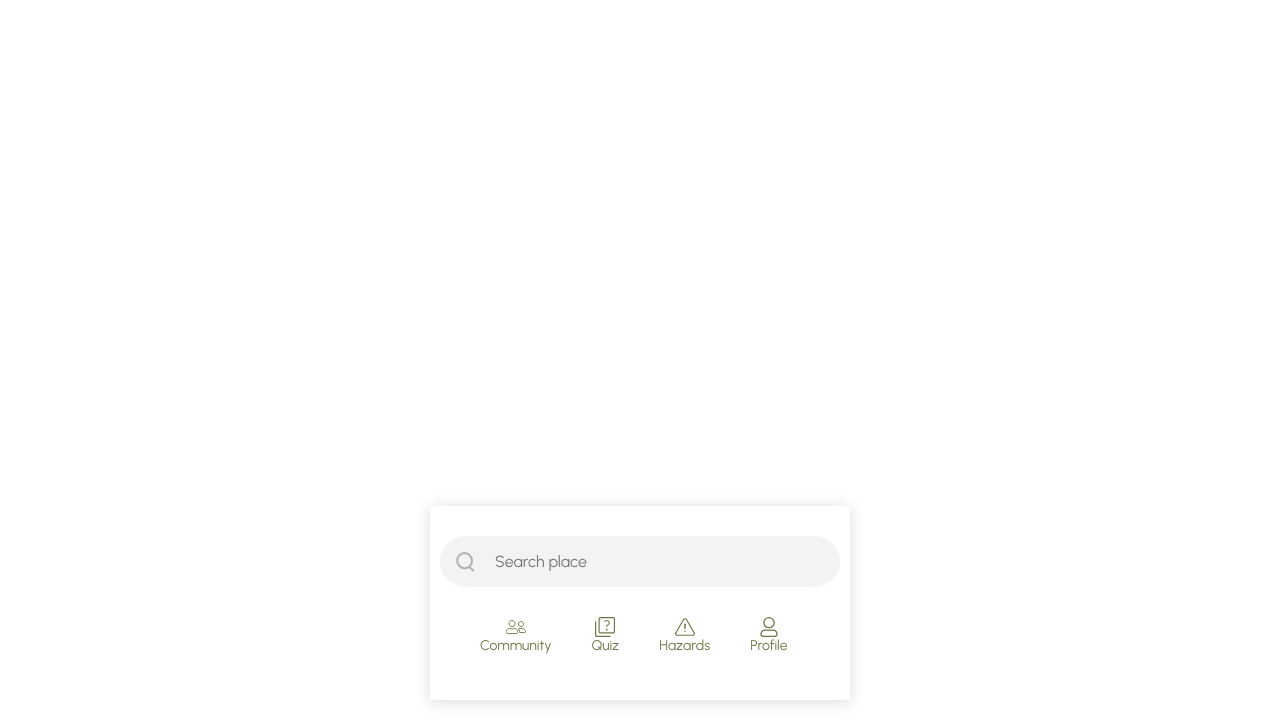
Repository: Aladdin3r/SafeCycle
Page: /
An editor plug-in stored every save of this project. The page is shown before and after a run of saves, followed by the edit.
The browser window is 1280 px wide. The pictures show the whole page.
The project was rebuilt for these pictures with package versions that can differ from the ones it lists, and the page was loaded fresh each time. The framework's server and built-in components were replaced by stand-ins that run in the browser.

Above is the page before, as saved 2024-04-15 13:22:20.

After the next 2 saves:
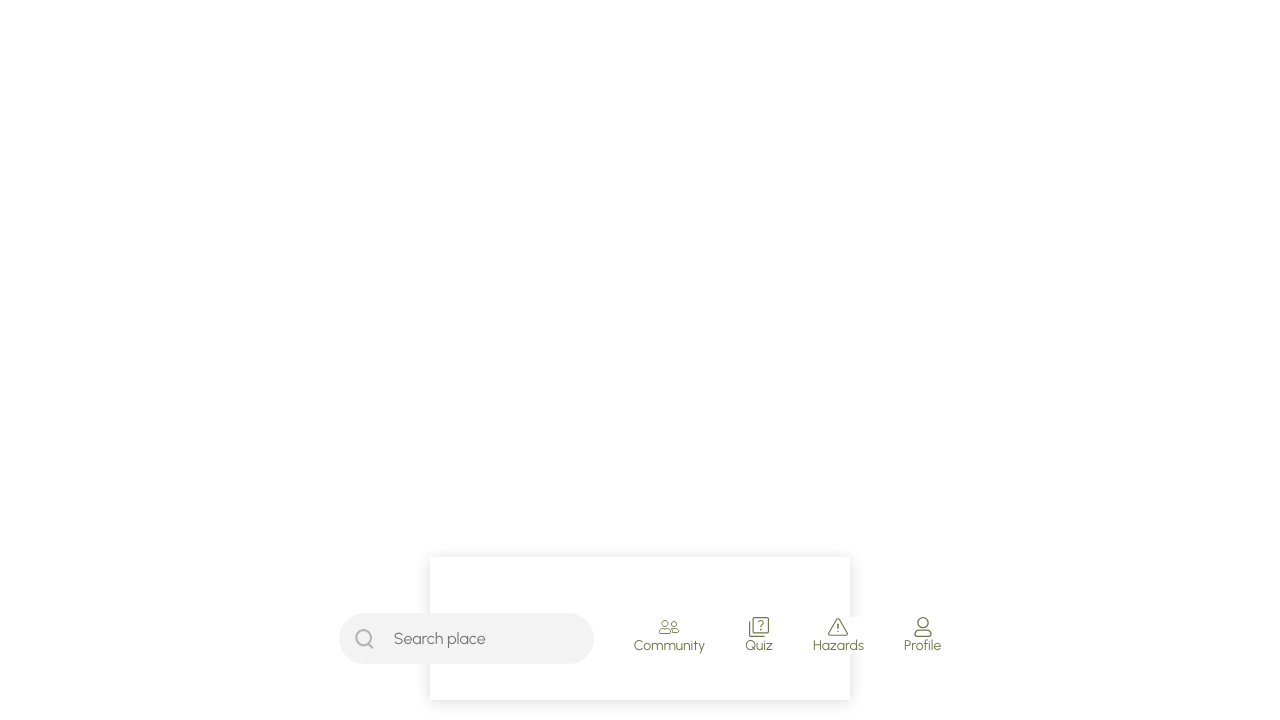
The 2 saves are shown as one change because they came seconds apart.
The last was saved 15 s later.
--- a/components/NavBar/index.js
+++ b/components/NavBar/index.js
@@ -6,13 +6,14 @@ import Link from 'next/link'
 export default function NavBar() {
     return(
         <div className={`${styles.container} ${styles.navigation}`}>
-            <div className={styles.navigation}>
-                <form>
+            <form>
                     <div className={styles.search}>
                         <Image className={styles.searchIcon} src="./icons/search.svg" width={20} height={20} />
                         <input className={styles.searchInput} type="search" placeholder='Search place'></input>
                     </div>
                 </form>
+            <div className={styles.navigation}>
+
                 <ul>
 
                     <li className={styles.list}>
